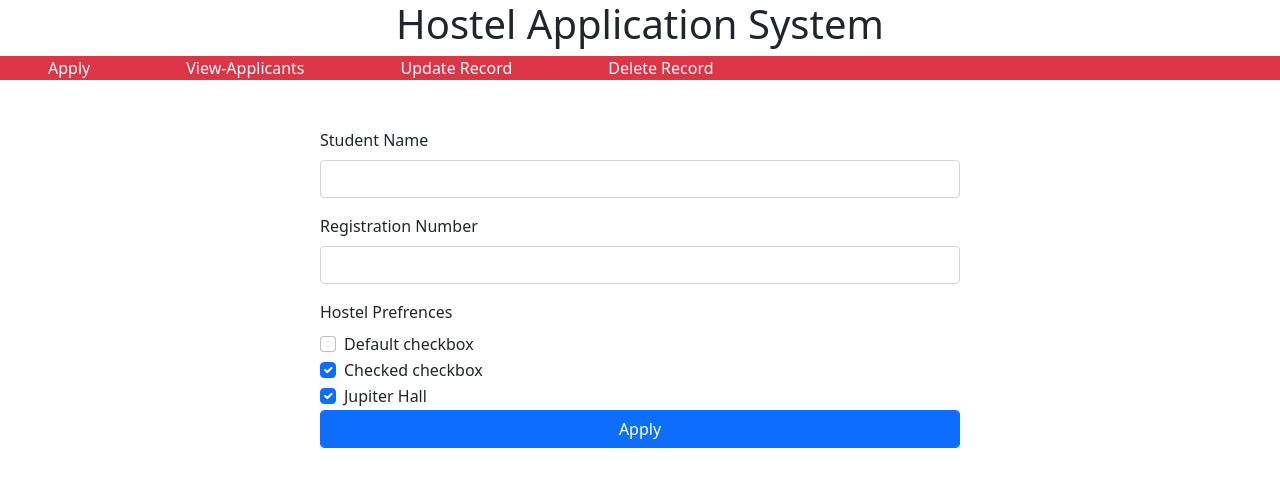
Repository: SaudCh/lab-final
Page: /hostelApplicants
These files come from the project's save history. The page is drawn as it stood at one moment and after the next save; the edit follows.
The browser window is 1280 px wide. The pictures show the whole page.
The project was rebuilt for these pictures with package versions that can differ from the ones it lists, and the page was loaded fresh each time. Also part of the build but not shown: src/components/ViewApplicant.jsx, src/components/UpdateRecord.jsx, src/components/DeleteRecord.jsx.

Above is the page before, as saved 2022-01-01 13:28:18.

### src/index.js
import React from 'react';
import ReactDOM from 'react-dom';
import 'bootstrap/dist/css/bootstrap.min.css';
import { BrowserRouter } from 'react-router-dom';
import App from './App';


ReactDOM.render(
  <BrowserRouter>
    <App />
  </BrowserRouter>,
  document.getElementById('root')
);

### src/App.js
import Navbar from "./components/Navbar";
import { Routes, Route } from 'react-router-dom';
import AddApplicant from './components/AddApplicant';
import ViewApplicant from './components/ViewApplicant';
import UpdateRecord from "./components/UpdateRecord";
import DeleteRecord from "./components/DeleteRecord";

function App() {
  return (
    <div>
      <h1 className="text-center">Hostel Application System</h1>
      <Navbar />
      <Routes>
        <Route path="/hostelApplicants" element={<AddApplicant />} />
        <Route
          path="/viewApplicants"
          element={<ViewApplicant />}
        />
        <Route
          path="/editApplicant"
          element={<UpdateRecord />}
        />
        <Route
          path="/deleteApplicant"
          element={<DeleteRecord />}
        />
      </Routes>
    </div>
  );
}

export default App;

### src/components/Navbar.jsx
import { Link } from "react-router-dom";

const Navbar = () => {
  return (
    <div>
      <div className="w-100 bg-danger">
        <Link
          to="/hostelApplicants"
          className="ms-5 me-5 text-decoration-none text-white"
        >
          Apply
        </Link>
        <Link
          to="/viewApplicants"
          className="ms-5 me-5 text-decoration-none text-white"
        >
          View-Applicants
        </Link>
        <Link
          to="/editApplicant"
          className="ms-5 me-5 text-decoration-none text-white"
        >
          Update Record
        </Link>
        <Link
          to="/deleteApplicant"
          className="ms-5 me-5 text-decoration-none text-white"
        >
          Delete Record
        </Link>
      </div>
    </div>
  );
};

export default Navbar;

### src/components/AddApplicant.jsx
import { useState } from "react";
import axios from "axios";
const AddApplicant = () => {
  const [studentName, setStudentName] = useState("");
  const [registrationNumber, setRegistrationNumber] = useState("");
  const [message, setMessage] = useState();

  const addDetails = async (e) => {
    e.preventDefault();

    const data = {
      studentName: studentName,
      registrationNumber: registrationNumber,
    };
    await axios
      .post("http://localhost:5000/user/add", data)
      .then((response) => {
        console.log(response.data);
        setMessage(response.data.message);
      })
      .catch((e) => console.log(e));
    setStudentName("");
    setRegistrationNumber("");
  };

  return (
    <div className="col-md-6 position-absolute start-50 translate-middle-x mt-5">
      {message && <div className="alert alert-success">{message}</div>}
      <form>
        <label className="mb-2">Student Name</label>
        <input
          type="text"
          className="form-control mb-3"
          name="studentName"
          value={studentName}
          onChange={(e) => setStudentName(e.target.value)}
        />

        <label className="mb-2">Registration Number</label>
        <input
          type="text"
          className="form-control mb-3"
          value={registrationNumber}
          name="registrationNumber"
          onChange={(e) => setRegistrationNumber(e.target.value)}
        />
        <label className="mb-2">Hostel Prefrences</label>
        <div class="form-check">
          <input
            class="form-check-input"
            type="checkbox"
            value=""
            id="flexCheckDefault"
          />
          <label class="form-check-label" for="flexCheckDefault">
            Default checkbox
          </label>
        </div>
        <div class="form-check">
          <input
            class="form-check-input"
            type="checkbox"
            value=""
            id="flexCheckChecked"
            checked
          />
          <label class="form-check-label" for="flexCheckChecked">
            Checked checkbox
          </label>
        </div>
        <div class="form-check">
          <input
            class="form-check-input"
            type="checkbox"
            value=""
            id="flexCheckChecked"
            checked
          />
          <label class="form-check-label" for="flexCheckChecked">
            Jupiter Hall
          </label>
        </div>

        <button
          className="btn btn-primary form-control"
          onClick={(e) => addDetails(e)}
        >
          Apply
        </button>
      </form>
    </div>
  );
};

export default AddApplicant;

Loaded but not shown: public/index.html (common file)

After the next save:
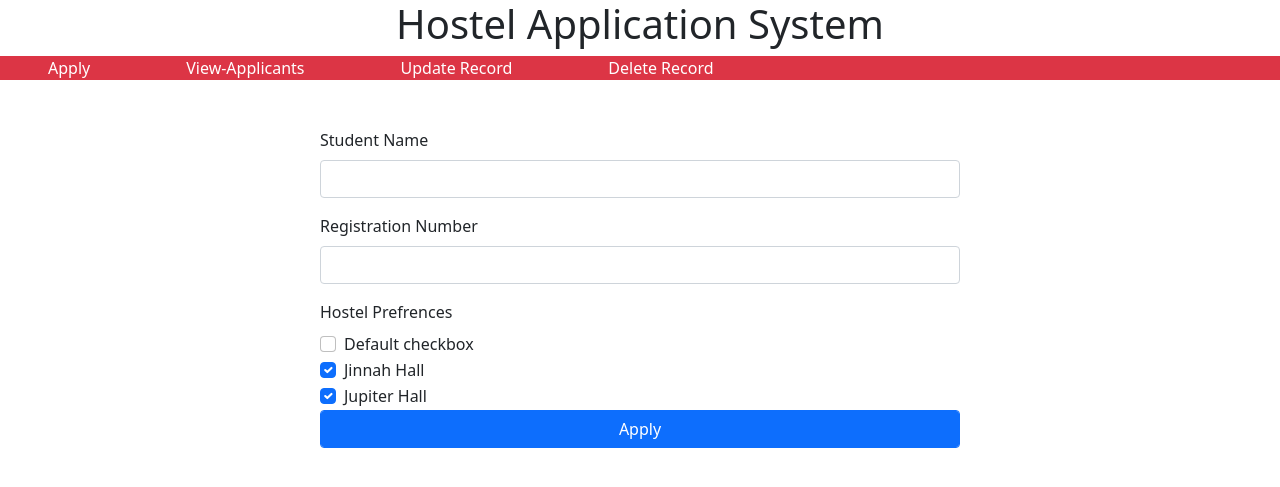
Saved 15 s later.
--- a/src/components/AddApplicant.jsx
+++ b/src/components/AddApplicant.jsx
@@ -65,7 +65,7 @@ const AddApplicant = () => {
             checked
           />
           <label class="form-check-label" for="flexCheckChecked">
-            Checked checkbox
+            Jinnah Hall
           </label>
         </div>
         <div class="form-check">
